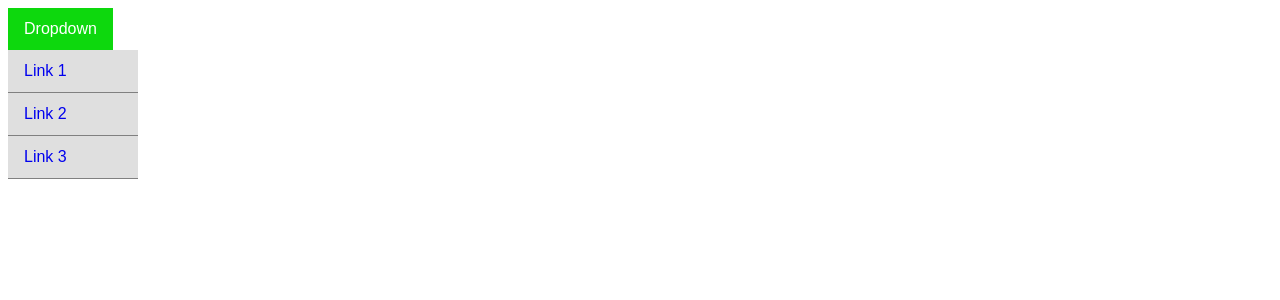
Repository: nvngon2604/Git
Page: web/index.html
These files come from the project's save history. The page is drawn as it stood at one moment and after the next save; the edit follows.
The browser window is 1280 px wide. The pictures show the whole page.

Above is the page before, as saved 2020-05-10 18:50:16.

After the next save:
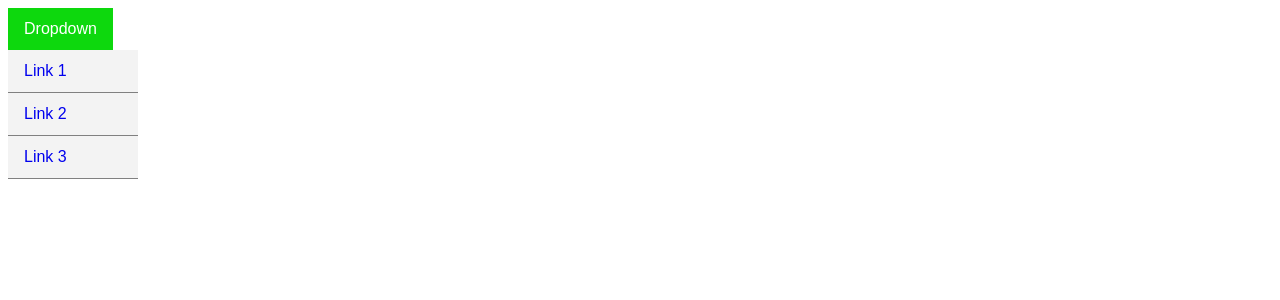
Saved 11 s later.
--- a/web/index.css
+++ b/web/index.css
@@ -14,7 +14,7 @@
 }
 .dropdown-content {
     width: 130px;
-    background-color:rgb(223, 223, 223);
+    background-color:rgb(243, 243, 243);
     position: absolute;
 }
 .dropdown-content a {

After the save that followed:
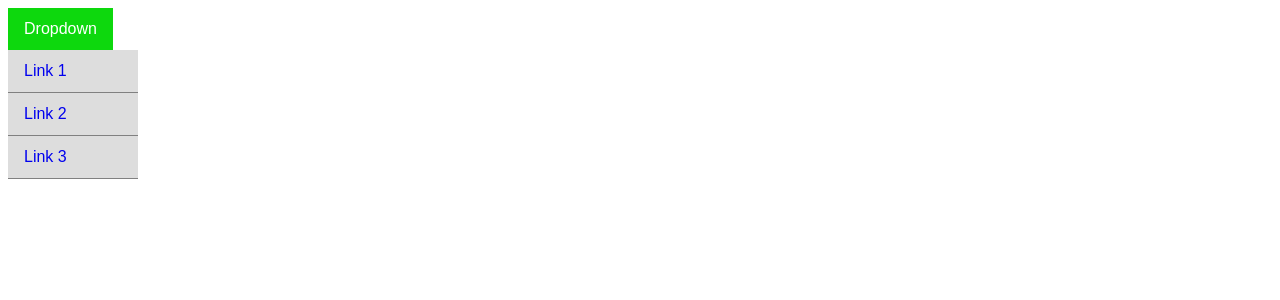
Saved 7 s later.
--- a/web/index.css
+++ b/web/index.css
@@ -14,7 +14,7 @@
 }
 .dropdown-content {
     width: 130px;
-    background-color:rgb(243, 243, 243);
+    background-color:rgb(221, 221, 221);
     position: absolute;
 }
 .dropdown-content a {
